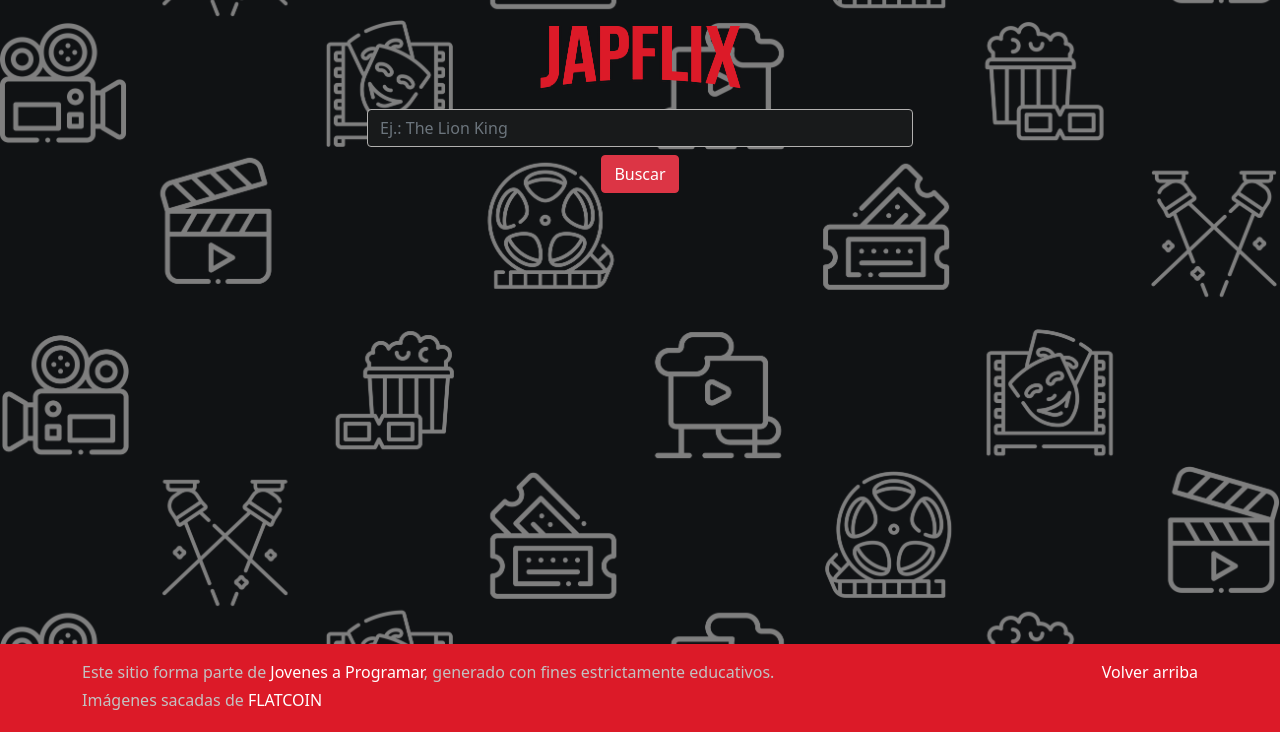
Repository: romancegirl/japflix
Page: index.html
These files come from the project's save history. The page is drawn as it stood at one moment and after the next save; the edit follows.
The browser window is 1280 px wide. The pictures show the whole page.
The page's requests for data from a server got no answer.

Above is the page before, as saved 2024-11-18 19:07:15.

After the next save:
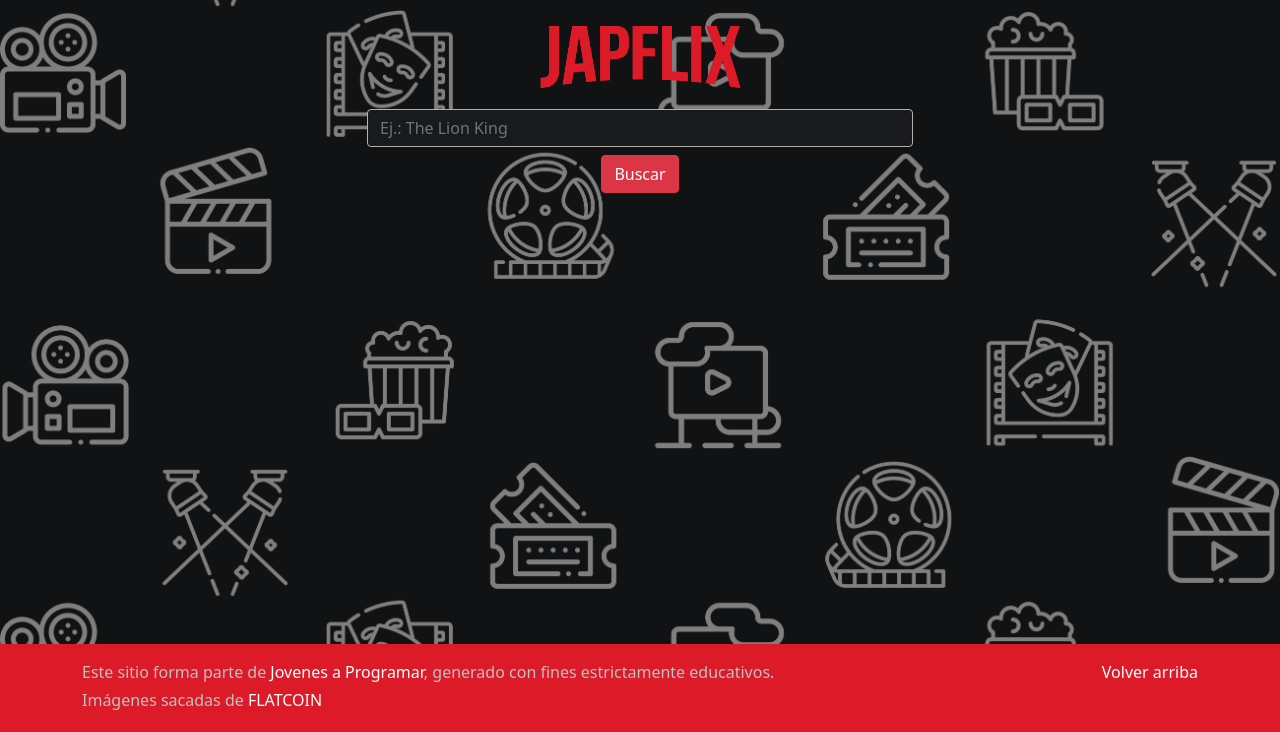
Saved 5 s later.
--- a/css/style.css
+++ b/css/style.css
@@ -5,7 +5,7 @@
         linear-gradient(rgba(0, 0, 0, 0.5), rgba(0, 0, 0, 0.5)),
         url('../img/background.png');
     background-size: 80rem;
-    background-position: top 20px center;
+    background-position: top 10px center;
     background-repeat: repeat;
 }
 
